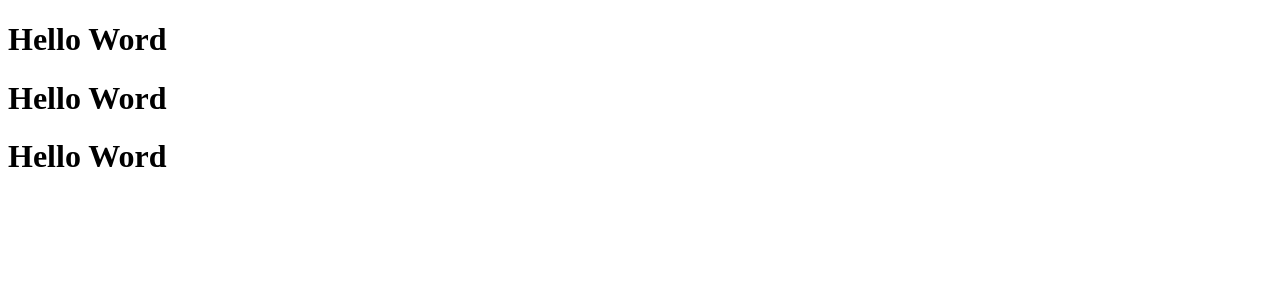
Repository: mpersonsolia/letmeask
Page: /
An editor plug-in stored every save of this project. The page is shown before and after the next save, followed by the edit.
The browser window is 1280 px wide. The pictures show the whole page.
The project was rebuilt for these pictures with package versions that can differ from the ones it lists, and the page was loaded fresh each time.

Above is the page before, as saved 2021-06-21 19:29:51.

After the next save:
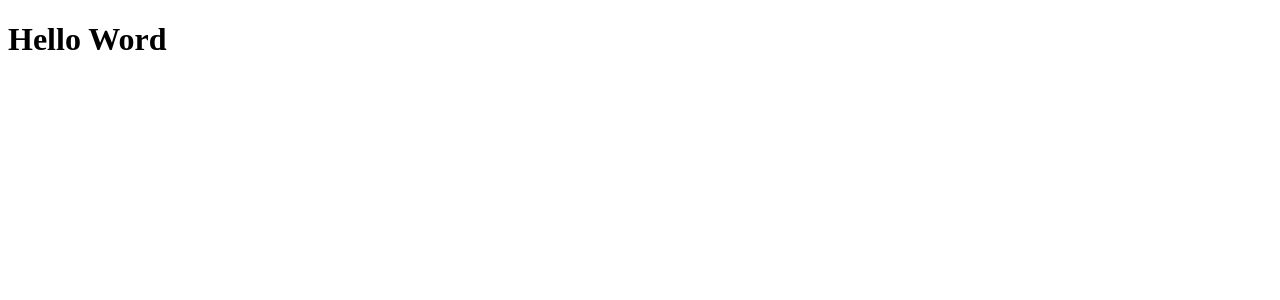
Saved 44 min 2 s later.
--- a/src/App.tsx
+++ b/src/App.tsx
@@ -1,10 +1,7 @@
-import Header from './header'
-
 function App() {
   return (
     <div>
    <h1>Hello Word</h1>
-   <Header />
    </div>
   );
 }
